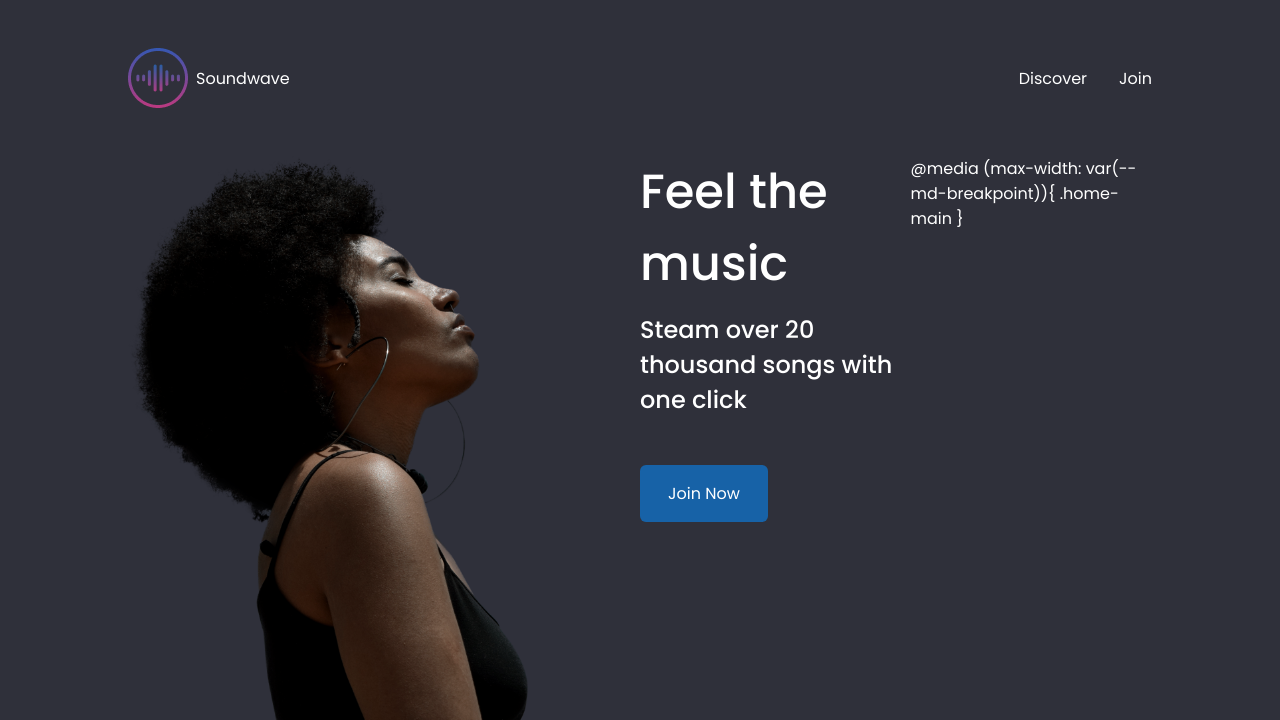
Repository: Hiiiij/soundwave
Page: pages/index.html
An editor plug-in stored every save of this project. The page is shown before and after the next save, followed by the edit.
The browser window is 1280 px wide. The pictures show the whole page.

Above is the page before, as saved 2020-06-30 13:30:59.

After the next save:
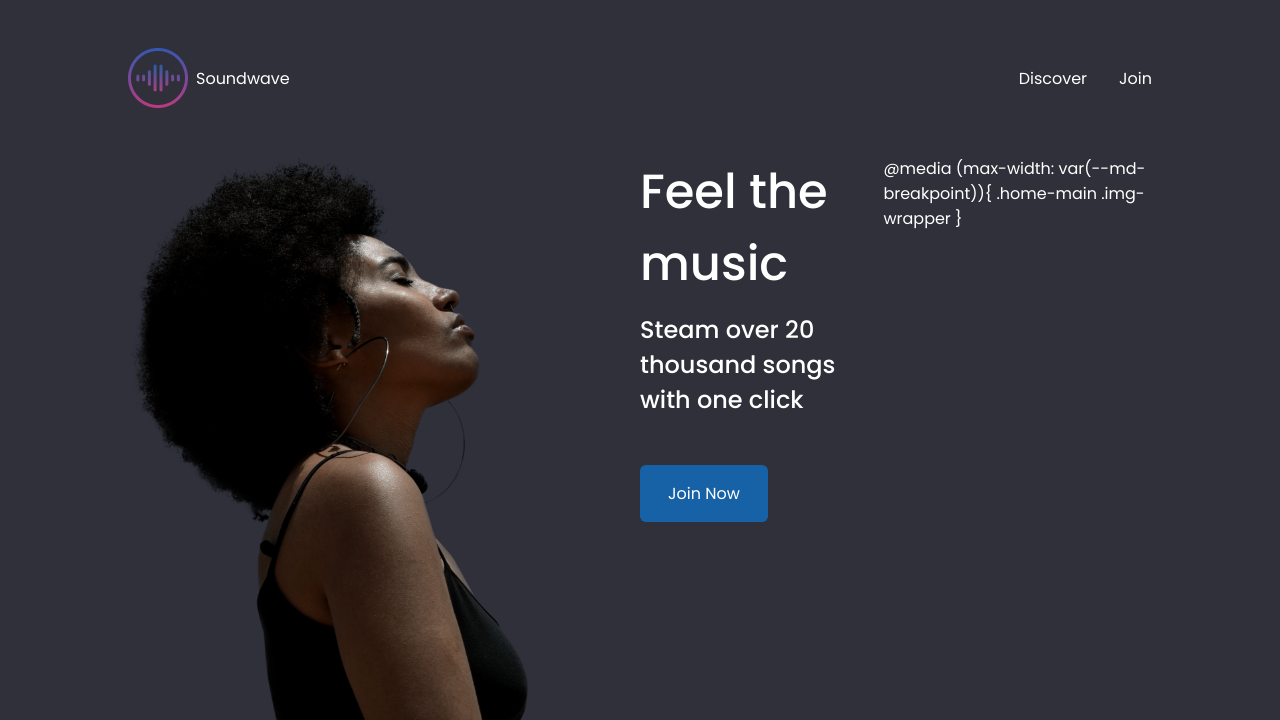
Saved 5 s later.
--- a/pages/index.html
+++ b/pages/index.html
@@ -38,7 +38,7 @@
       </div>
 
     @media (max-width: var(--md-breakpoint)){
-      .home-main
+      .home-main .img-wrapper
     }
 
     </section>
